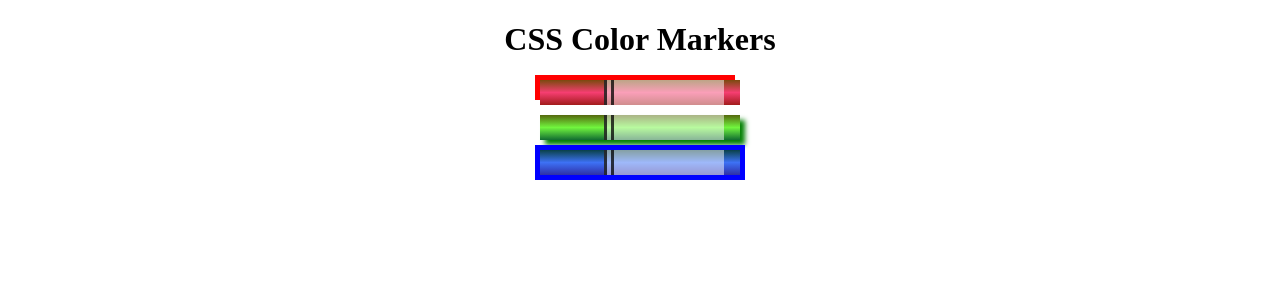
Repository: AimenDje/ColoredMarkers
Page: index.html
These files come from the project's save history. The page is drawn as it stood at one moment and after the next save; the edit follows.
The browser window is 1280 px wide. The pictures show the whole page.

Above is the page before, as saved 2025-05-09 11:58:23.

After the next save:
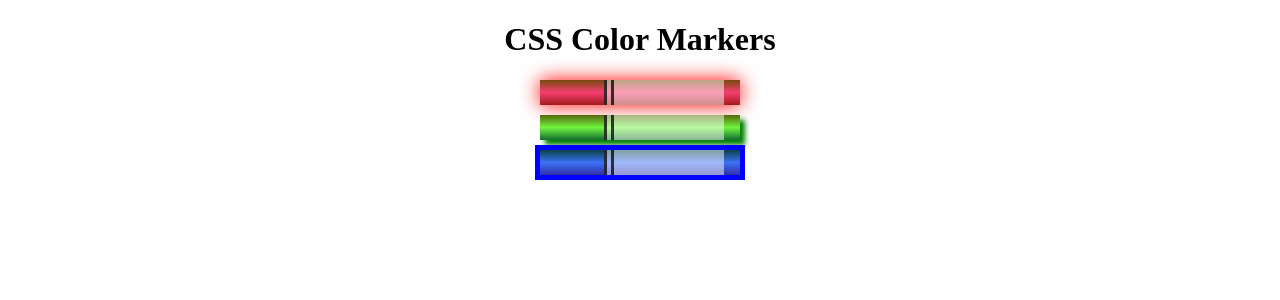
Saved 45 s later.
--- a/styles.css
+++ b/styles.css
@@ -10,7 +10,7 @@
 
 .red {
   background: linear-gradient(rgb(122, 74, 14), rgb(245, 62, 113), rgb(162, 27, 27));
-  box-shadow: -5px -5px red;
+  box-shadow: 0px 0px 20px 0 red;
 }
 
 .green {
